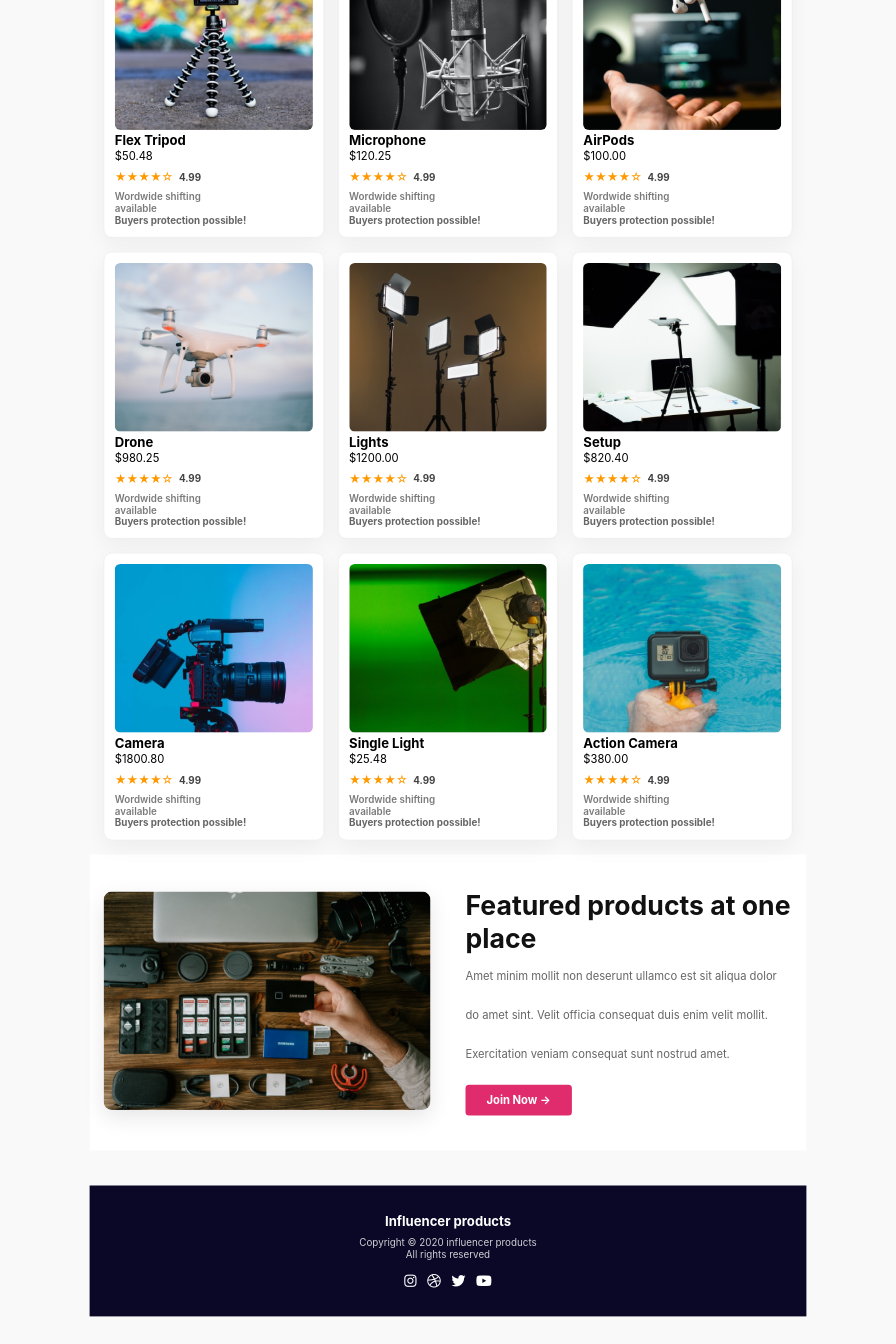
Repository: Saiful21Islam/Influencer-products
Page: it.html
These files come from the project's save history. The page is drawn as it stood at one moment and after a run of saves; the edit follows.
The browser window is 1280 px wide. The pictures show the part of the page from y = 1092 to 3012 px (the page is 3012 px tall before and 3005 px after), at 70% of full size.

Above is the page before, as saved 2026-03-11 11:07:44.

After the next 3 saves:
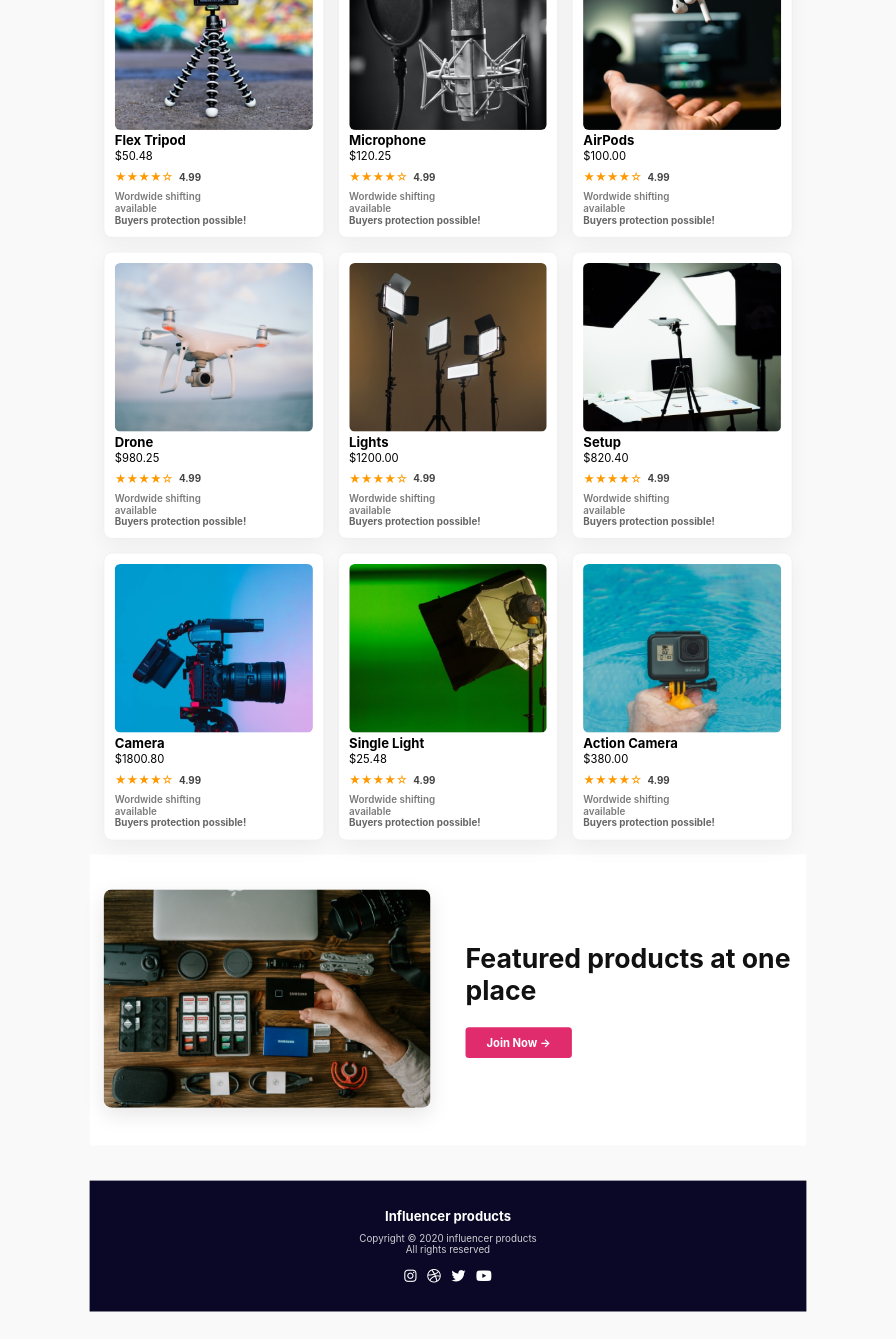
The 3 saves are shown as one change because they came seconds apart.
The last was saved 2 min 7 s later.
--- a/it.html
+++ b/it.html
@@ -289,9 +289,7 @@
 
         <div class="featured-content">
             <h2>Featured products at one place</h2>
-            <p>Amet minim mollit non deserunt ullamco est sit aliqua dolor</p>
-            <p>do amet sint. Velit officia consequat duis enim velit mollit.</p>
-            <p>Exercitation veniam consequat sunt nostrud amet.</p>
+            <p></p>
             <a href="#" class="join-btn">Join Now &rarr;</a>
         </div>
     </div>
